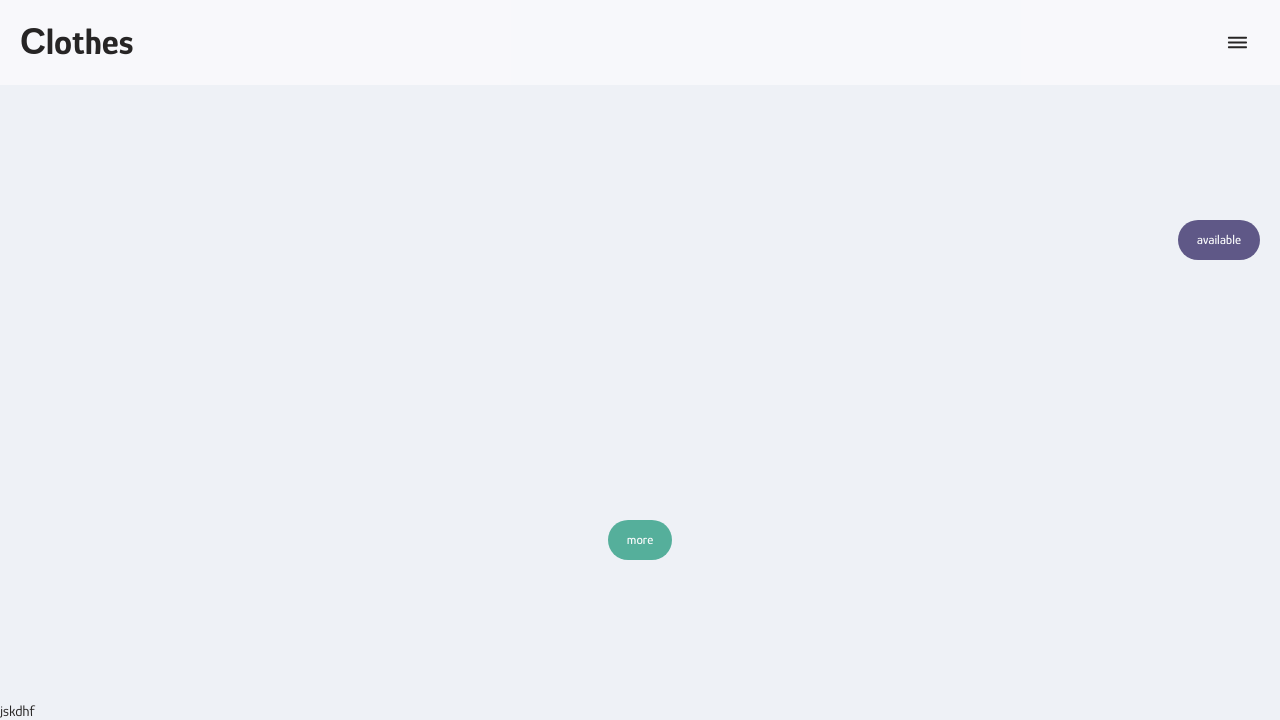
Repository: Axeliriya/my-test
Page: /
The author's editor kept a copy of each file at every save. The page is drawn from the files as they stood at one save, then again after the next save.
The browser window is 1280 px wide. The pictures show the whole page.
The page's requests for data from a server got no answer. The project was rebuilt for these pictures with package versions that can differ from the ones it lists, and the page was loaded fresh each time. No one was signed in, and anything a server would have sent is missing. Also part of the build but not shown: src/components/Input/Input.tsx, src/components/ProductList/ProductList.tsx, src/components/ProductItem/ProductItem.tsx, src/components/Carousel/Carousel.tsx.

Above is the page before, as saved 2022-04-06 13:57:07.

After the next save:
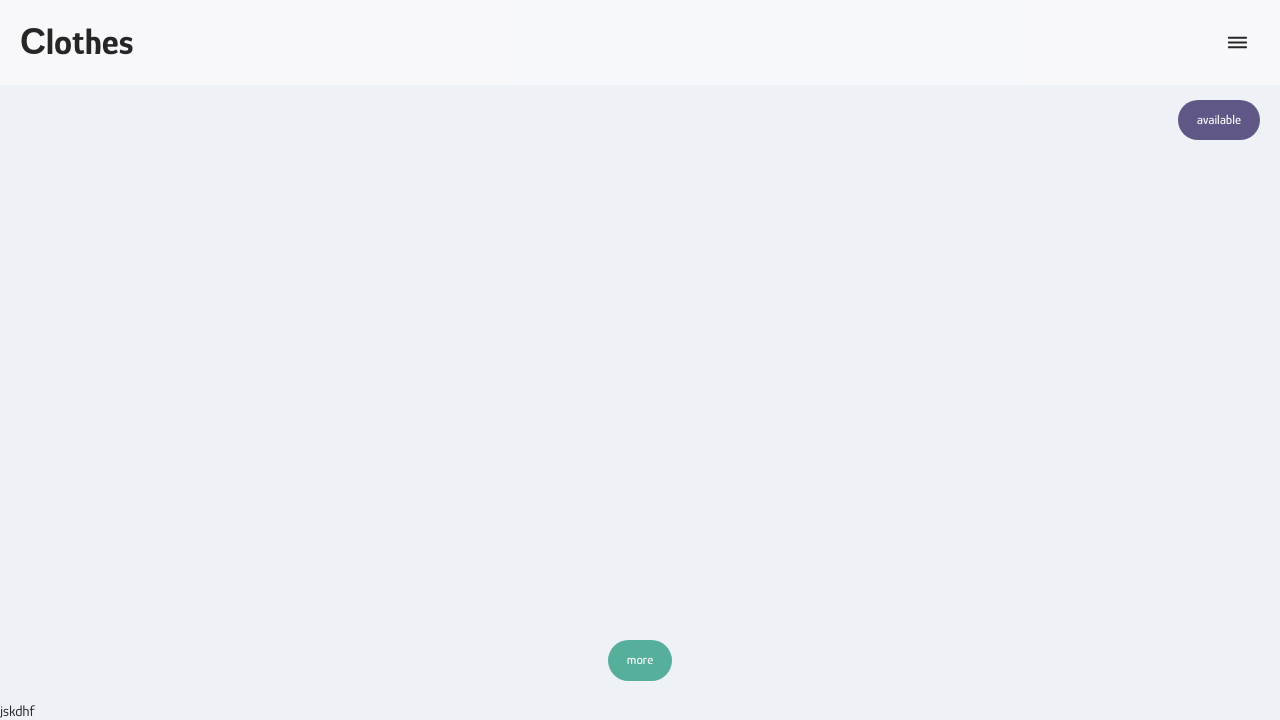
Saved 100 s later.
--- a/src/components/Main/Main.module.scss
+++ b/src/components/Main/Main.module.scss
@@ -12,11 +12,13 @@
   align-content: flex-start;
   justify-self: end;
   align-self: center;
+  align-self: flex-start;
 }
 
 .more {
   justify-self: center;
   align-self: center;
+  align-self: flex-end;
 }
 
 @media screen and (min-width: 520px) {
